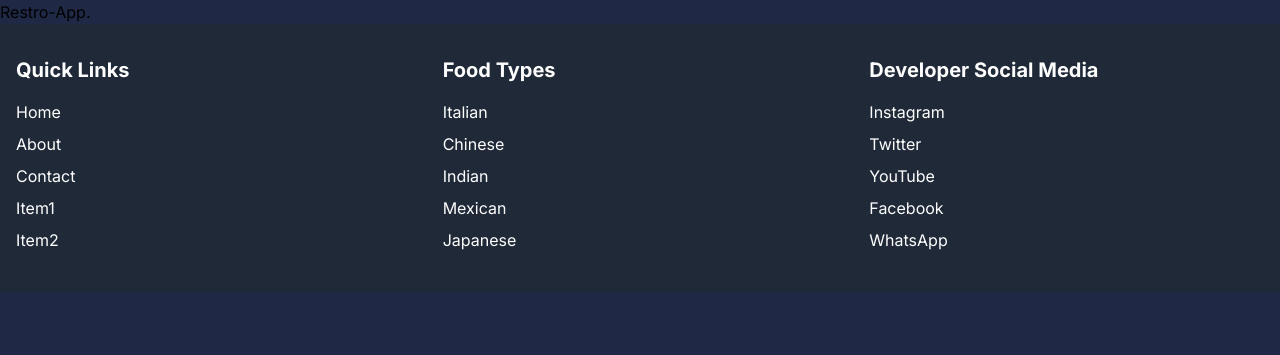
Repository: its-kundan/food-on-time
Page: /
These files come from the project's save history. The page is drawn as it stood at one moment and after the next save; the edit follows.
The browser window is 1280 px wide. The pictures show the whole page.
The project was rebuilt for these pictures with package versions that can differ from the ones it lists, and the page was loaded fresh each time. The framework's server and built-in components were replaced by stand-ins that run in the browser. Also part of the build but not shown: next.config.mjs.

Above is the page before, as saved 2024-07-25 08:48:37.

### src/app/page.js
import Image from "next/image";
import Footer from "./_components/Footer";

export default function Home() {
  return (
   <main className="bg-grey-800">
    Restro-App.
    <Footer/>

   </main>
  );
}

### src/app/globals.css
@tailwind base;
@tailwind components;
@tailwind utilities;
body{
  background-color: rgb(31, 41, 70); /* For background color */
  /* color: white; */
}
/*
:root {
  --foreground-rgb: 0, 0, 0;
  --background-start-rgb: 214, 219, 220;
  --background-end-rgb: 255, 255, 255;
}

@media (prefers-color-scheme: dark) {
  :root {
    --foreground-rgb: 255, 255, 255;
    --background-start-rgb: 0, 0, 0;
    --background-end-rgb: 0, 0, 0;
  }
}

body {
  color: rgb(var(--foreground-rgb));
  background: linear-gradient(
      to bottom,
      transparent,
      rgb(var(--background-end-rgb))
    )
    rgb(var(--background-start-rgb));
}

@layer utilities {
  .text-balance {
    text-wrap: balance;
  }
} */

### src/app/_components/Footer.jsx
import React from 'react';

const Footer = () => {
  return (
    <footer className="bg-gray-800 text-white py-8 mt-auto">
      <div className="container mx-auto px-4">
        <div className="grid grid-cols-1 md:grid-cols-3 gap-8">
          {/* First Column */}
          <div>
            <h3 className="text-xl font-bold mb-4">Quick Links</h3>
            <ul>
              <li className="mb-2"><a href="#">Home</a></li>
              <li className="mb-2"><a href="#">About</a></li>
              <li className="mb-2"><a href="#">Contact</a></li>
              <li className="mb-2"><a href="#">Item1</a></li>
              <li className="mb-2"><a href="#">Item2</a></li>
            </ul>
          </div>

          {/* Second Column */}
          <div>
            <h3 className="text-xl font-bold mb-4">Food Types</h3>
            <ul>
              <li className="mb-2"><a href="#">Italian</a></li>
              <li className="mb-2"><a href="#">Chinese</a></li>
              <li className="mb-2"><a href="#">Indian</a></li>
              <li className="mb-2"><a href="#">Mexican</a></li>
              <li className="mb-2"><a href="#">Japanese</a></li>
            </ul>
          </div>

          {/* Third Column */}
          <div>
            <h3 className="text-xl font-bold mb-4">Developer Social Media</h3>
            <ul>
              <li className="mb-2"><a href="#">Instagram</a></li>
              <li className="mb-2"><a href="#">Twitter</a></li>
              <li className="mb-2"><a href="#">YouTube</a></li>
              <li className="mb-2"><a href="#">Facebook</a></li>
              <li className="mb-2"><a href="#">WhatsApp</a></li>
            </ul>
          </div>
        </div>

      </div>
    </footer>
  );
};

export default Footer;

Loaded but not shown: src/app/layout.js (common file); tailwind.config.js (common file)

After the next save:
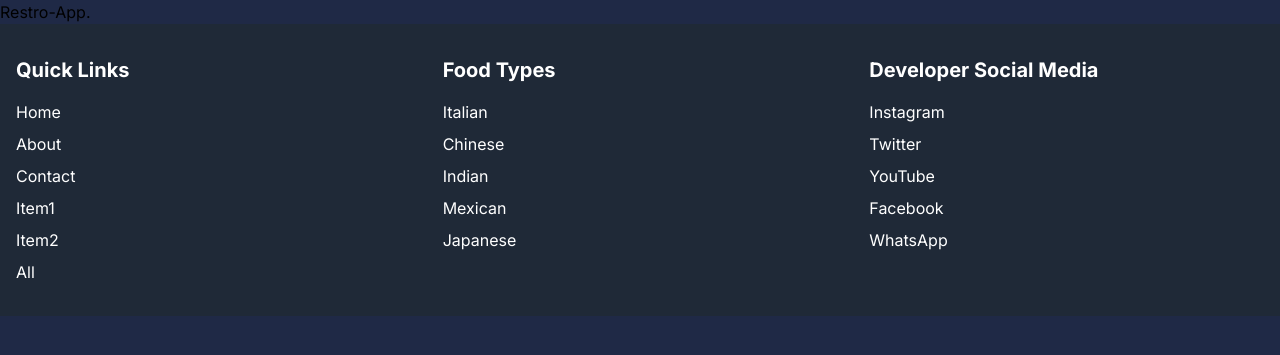
Saved 6 s later.
--- a/src/app/_components/Footer.jsx
+++ b/src/app/_components/Footer.jsx
@@ -41,7 +41,7 @@ const Footer = () => {
             </ul>
           </div>
         </div>
-
+        <p> All </p>
       </div>
     </footer>
   );
